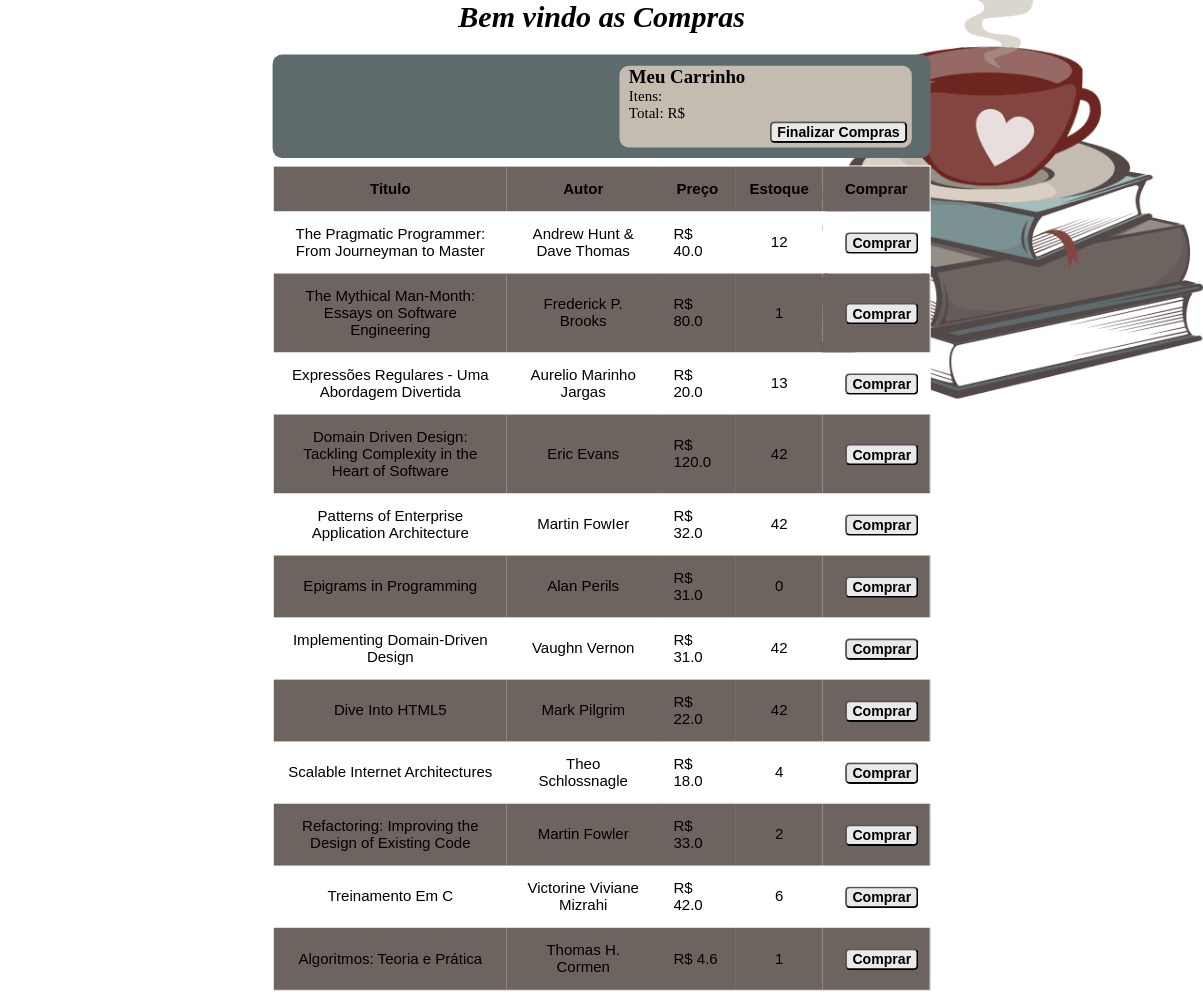
Repository: gabriellacrystina/ProjetoTegra
Page: http://localhost/book-store/Produtos
An editor plug-in stored every save of this project. The page is shown before and after the next save, followed by the edit.
The browser window is 1280 px wide. The pictures show the whole page, at 94% of full size.
The page is served by Tomcat 9. Other server files are loaded and not shown.

Above is the page before, as saved 2016-07-08 00:50:41.

### book-store/WebContent/index.jsp
<%@ page language="java" contentType="text/html; charset=UTF-8"
    pageEncoding="UTF-8"%>
<%@ page import="model.Produto" %>
<%@ page import="model.Item" %>
<%@ page import="java.util.ArrayList" %>
<%@ page import="java.util.List" %>
<%@ taglib uri="http://java.sun.com/jsp/jstl/core" prefix="c" %>

<!DOCTYPE html PUBLIC "-//W3C//DTD HTML 4.01 Transitional//EN" "http://www.w3.org/TR/html4/loose.dtd">
<html>
	<head>
		<meta http-equiv="Content-Type" content="text/html; charset=UTF-8">
		<link rel="stylesheet" type="text/css" href="book-store-style.css">
		<title>BookStore</title>
	</head>
	<body>
		<div class="cabecalho">
			<h1>Bem vindo as Compras</h1>
		</div>
			<div class="my-cart" >
				<div class="cart">
					<label id="lbl-meu-carrinho">Meu Carrinho</label><br>
						Itens: <output class="lbl-itens" id="qtde-itens" name="quantidade-itens">${qtdeLivros}</output><br>
						Total: <output class="lbl-total" id="total" name="total-itens">${total} R$</output><br>
						<form action="MeuCarrinho">
							<button type="submit" class="btn" id="btn-finalizar-compra">Finalizar Compras</button>
						</form>
				</div>
			</div>
			<table id="tbl-books">
			  <tr>
			    <th>Titulo</th>
			    <th>Autor</th>
			    <th>Preço</th>
			    <th>Estoque</th>
			    <th>Comprar</th>
			  </tr>
		  		<c:forEach var="livro" items="${listaProdutos}">
		  			<tr class="livros">
						<td class="nome-livro">${livro.titulo}</td>
						<td class="nome-autor">${livro.autor}</td>
						<td class="preco">R$ ${livro.preco}</td>
						<td class="estoque">${livro.estoque}</td>
						<td>
							<form action="Produtos" method="post" name="produtos" >
								<input type="hidden" name="id-livro" value="${livro.id}">
								<button class="btn btn-comprar" type="submit">Comprar</button>
							</form>

						</td>
					</tr>
				</c:forEach>
			</table>
		</body>
</html>

### book-store/src/servlet/BuscaProdutos.java
package servlet;

import java.io.IOException;

import javax.servlet.ServletException;
import javax.servlet.annotation.WebServlet;
import javax.servlet.http.HttpServlet;
import javax.servlet.http.HttpServletRequest;
import javax.servlet.http.HttpServletResponse;
import javax.servlet.http.HttpSession;

import java.util.ArrayList;
import java.util.List;

import model.Item;
import model.Produto;
import dao.ProdutoDAO;

/**
 * Servlet implementation class BuscaProdutos
 * Classe responsavel por gerar uma lista estatica de produtos;
 * E ainda montar uma lista de livros escolhidos pelo o usuário.
 *
 */
@WebServlet("/Produtos")
public class BuscaProdutos extends HttpServlet {
	private static final long serialVersionUID = 1L;

    /**
     * @see HttpServlet#HttpServlet()
     */
    public BuscaProdutos() {
        super();
        // TODO Auto-generated constructor stub
    }

	/**
	 * @see HttpServlet#doGet(HttpServletRequest request, HttpServletResponse response)
	 */
	protected void doGet(HttpServletRequest request, HttpServletResponse response) throws ServletException, IOException {

		HttpSession sessao = request.getSession();

		//Gerando lista estatica.
		List<Produto> produtos = new ProdutoDAO().getListaProdutos();

		//colocando na sessao a lista de produtos
		sessao.setAttribute("listaProdutos", produtos);

		//redirecionar pro index.
		request.getRequestDispatcher("index.jsp").forward(request, response);
	}

	/**
	 * @see HttpServlet#doPost(HttpServletRequest request, HttpServletResponse response)
	 */
	protected void doPost(HttpServletRequest request, HttpServletResponse response) throws ServletException, IOException {
		HttpSession sessao = request.getSession();
		Item item = new Item();
		Produto produto;
		double subtotal = 0, total=0;
		Integer indice, quantidade=0, qtdeLivros=0;
		Item itemEncontrado = null;

		//captura Lista de Produtos e LivrosEscolhidos da sessao.
		List<Produto> produtos = (ArrayList<Produto>) sessao.getAttribute("listaProdutos");
		ArrayList<Item> livrosEscolhidos = (ArrayList<Item>) sessao.getAttribute("listaItens");

		if(livrosEscolhidos == null){
			livrosEscolhidos = new ArrayList<Item>();
			sessao.setAttribute("listaItens", livrosEscolhidos);
		}

		//Indice do livro
		indice = Integer.parseInt(request.getParameter("id-livro"));
		produto = produtos.get(indice);

		if(produto.contemEstoqueDisponivel()){
			/**Montando um item para adicionar em livrosEscolhidos.**/
			//Se a lista estiver vazia
			if(livrosEscolhidos.isEmpty()){
				//add item
				item.setProduto(produto);

				quantidade = item.getQuantidade() + 1;
				item.setQuantidade(quantidade);

				subtotal = quantidade * produto.getPreco();
				item.setSubtotal(subtotal);

				livrosEscolhidos.add(item);

				produto.atualizaEstoqueVenda();
			}else{
				//Senao percorre a lista
				for(int i=0; i<livrosEscolhidos.size(); i++){
					//verifica se o item a ser adicionado já existe na lista de livros Escolhidos
					if(produto.getTitulo().equals(livrosEscolhidos.get(i).getProduto().getTitulo())){
						itemEncontrado = livrosEscolhidos.get(i);
					}
				}
				//item já existe na lista?
				if(itemEncontrado != null){
					//atualiza a quantidade e o subtotal deste item
					itemEncontrado.adicionarQuantidade();

					itemEncontrado.adicionarSubtotal(produto.getPreco());

					produto.atualizaEstoqueVenda();
				}else{
					//senao adiciona um novo item na lista
					item.setProduto(produto);

					quantidade = item.getQuantidade() + 1;
					item.setQuantidade(quantidade);

					subtotal = quantidade * produto.getPreco();
					item.setSubtotal(subtotal);

					livrosEscolhidos.add(item);

					produto.atualizaEstoqueVenda();
				}
			}
		}

		//Total de livros e valor correspondente
		if( livrosEscolhidos != null){
			for(Item i: livrosEscolhidos){
				qtdeLivros = qtdeLivros + i.getQuantidade();
				total = total +  i.getProduto().getPreco() * i.getQuantidade();
			}
		}

		sessao.setAttribute("qtdeLivros", qtdeLivros);
		sessao.setAttribute("total", total);
		request.getRequestDispatcher("index.jsp").forward(request, response);
	}
}

### book-store/src/dao/ProdutoDAO.java
package dao;

import java.util.ArrayList;
import java.util.List;

import model.Produto;

/**
 * Produto(Data Object Access)
 *
 * Classe que simula acesso ao banco de dados
 */

public class ProdutoDAO {

	private final static List<Produto> listaProdutos = new ArrayList<>();

	static{
		adicionaProduto(new Produto("The Pragmatic Programmer: From Journeyman to Master", "Andrew Hunt & Dave Thomas", 40.00, 12));
		adicionaProduto(new Produto("The Mythical Man-Month: Essays on Software Engineering", "Frederick P. Brooks", 80.00, 1));
		adicionaProduto(new Produto("Expressões Regulares - Uma Abordagem Divertida", "Aurelio Marinho Jargas",20.00 ,13 ));
		adicionaProduto(new Produto("Domain Driven Design: Tackling Complexity in the Heart of Software", "Eric Evans", 120.00, 42));
		adicionaProduto(new Produto("Patterns of Enterprise Application Architecture", "Martin FowIer", 32.00, 42));
		adicionaProduto(new Produto("Epigrams in Programming", "Alan Perils", 31.00, 0));
		adicionaProduto(new Produto("Implementing Domain-Driven Design", "Vaughn Vernon", 31.00, 42));
		adicionaProduto(new Produto("Dive Into HTML5", "Mark Pilgrim", 22.00, 42));
		adicionaProduto(new Produto("Scalable Internet Architectures", "Theo Schlossnagle", 18.00, 4));
		adicionaProduto(new Produto("Refactoring: Improving the Design of Existing Code", "Martin Fowler", 33.00, 2));
		adicionaProduto(new Produto("Treinamento Em C", "Victorine Viviane Mizrahi", 42.00, 6));
		adicionaProduto(new Produto("Algoritmos: Teoria e Prática", "Thomas H. Cormen", 4.60, 1));
	}


	//Metodo que gera id automático e adiciona um produto na lista.
	private static void adicionaProduto(Produto produto){
		int id = listaProdutos.size();
		produto.setId(id);
		listaProdutos.add(produto);
	}

	public List<Produto> getListaProdutos(){
		return listaProdutos;
	}
}

### book-store/src/model/Produto.java
package model;

public class Produto {

	private int id;
	private String titulo;
	private String autor;
	private Double preco;
	private int estoque;

	public Produto(String titulo, String autor, Double preco, int estoque) {
		this.titulo = titulo;
		this.autor = autor;
		this.preco = preco;
		this.estoque = estoque;
	}

	public int getId(){
		return id;
	}

	public void setId(int id){
		this.id = id;
	}

	public String getTitulo() {
		return titulo;
	}

	public String getAutor() {
		return autor;
	}

	public Double getPreco() {
		return preco;
	}

	public int getEstoque() {
		return estoque;
	}

	public void atualizaEstoqueVenda(){
		this.estoque -= 1;
	}

	public void atualizaEstoqueDevolucao(){
		this.estoque += 1;
	}
}

### book-store/WebContent/book-store-style.css
@CHARSET "ISO-8859-1";

body {
	background-image: url("teste.png");
	background-repeat: no-repeat;
	background-position: right top;
	background-attachment: initial;
    width: 700px;
    margin-top: 0px;
    margin-left: auto;
	margin-right: auto;
}

h1 {
	font-style: oblique;
	text-align: center;
    color: #000000;
    margin-top: 0px;
}

#tbl-books {
	width: 100%;
	font-family: "Arial", "Helvetica", sans-serif;
	border: 1px solid #ffffff;
    border-collapse: collapse;
}

#tbl-books tr:nth-child(even){
	background-color: #FFFFFF
}

#tbl-books tr:nth-child(odd){
	background-color: #6D6460;
}

th, td {
    padding: 15px;
    text-align: center;
}

.preco{
	text-align: left;
}

.my-cart{
	width: 100%;
	height: 110px;
	border-radius: 10px;
    padding: 12px 20px;
    margin: 8px 0;
    box-sizing: border-box;
	background-color: #5D6B6C;
	margin-left: auto;
	margin-right: auto;
}
.cart{
	float: right;
	background-color: #c4bcb0;
	border-radius: 10px;
	padding-left: 10px;
	padding-bottom: 5px;
	margin-left: auto;
	margin-right: auto;
}

.carrinho{
	background-color: #c4bcb0;
	text-align: left;
	border-radius: 10px;
	padding-left: 10px;
	padding-right: 10px;
}

#lbl-meu-carrinho{
	font-size: 20px;
	font-weight: bold;
}

.btn {
	font-family: "Arial", "Helvetica", sans-serif;
	border-radius: 5px;
	font-size: 15px;
	font-weight: bold;
	margin-left: 150px;
	margin-right: 5px;
	background-color: #e9e9e9;
}

.btn-comprar{
	margin-left: 10%;
}

.btn-validarCumpom{
	margin-left: 60%;
}

.it-carrinho{
	margin-right: 150px;
}

.img-desconto{
	background-image: url("desconto.jpg");
	width: 10%;
	top:5px;
	left:20px;
	position:absolute;
}

#img-descricao{
	color: #ffffff;
	font-size: 10px;
}

h3, p{
	color: #ffffff;
	font-family: "Arial", "Helvetica", serif;
}

.desconto{
	margin-top: 0px;
	background-color: #6D2520;
	width: 22%;
	height: 100%;
	left:35px;
	text-align: left;
	padding-top: 5%;
	padding-left: 15px;
	position:absolute;
}

#img-desconto{
	padding-top: 20%;
	width: 100%;

}

After the next save:
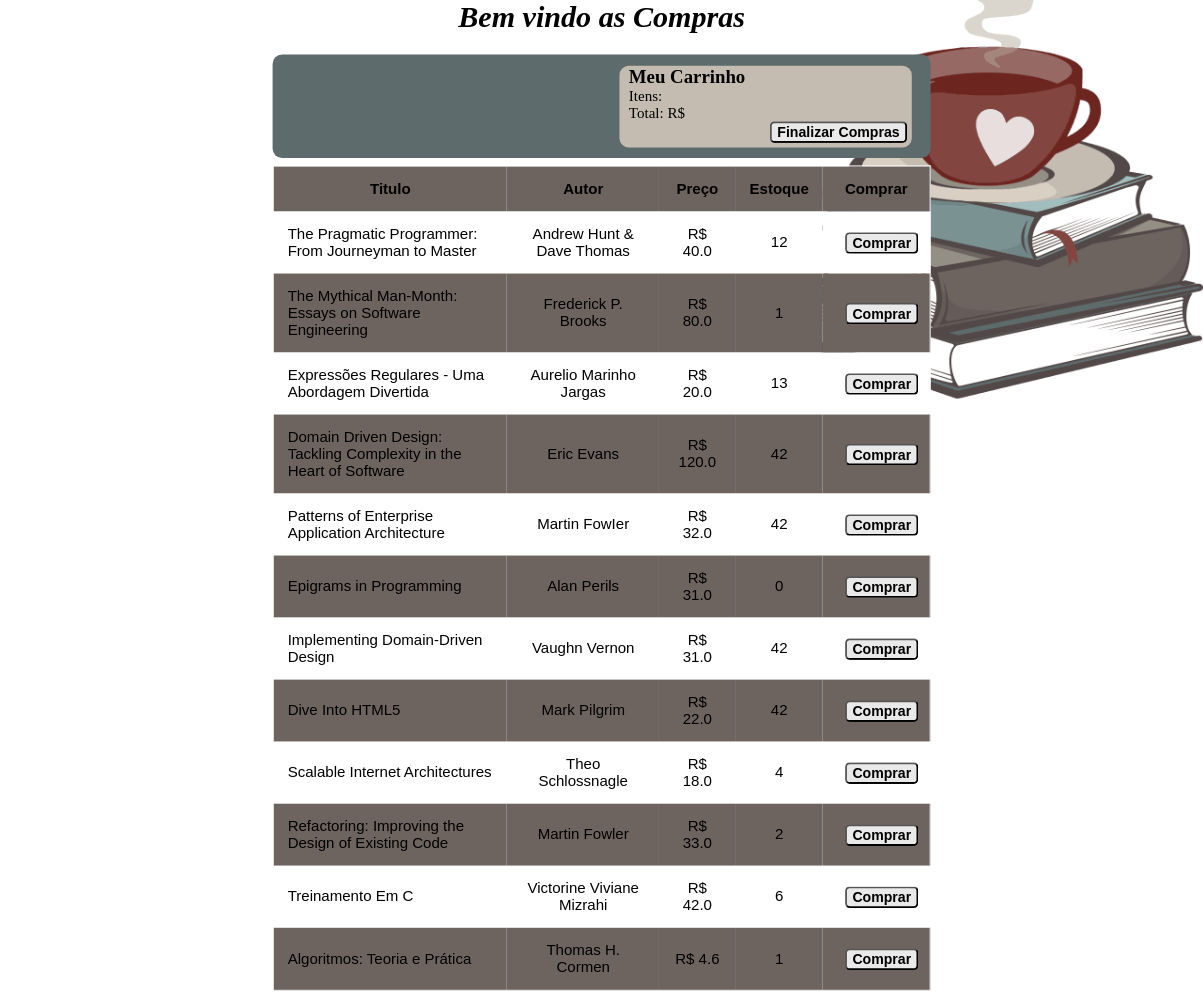
Saved 3 min 14 s later.
--- a/book-store/WebContent/book-store-style.css
+++ b/book-store/WebContent/book-store-style.css
@@ -38,7 +38,8 @@ th, td {
     text-align: center;
 }
 
-.preco{
+
+.nome-livro{
 	text-align: left;
 }
 
